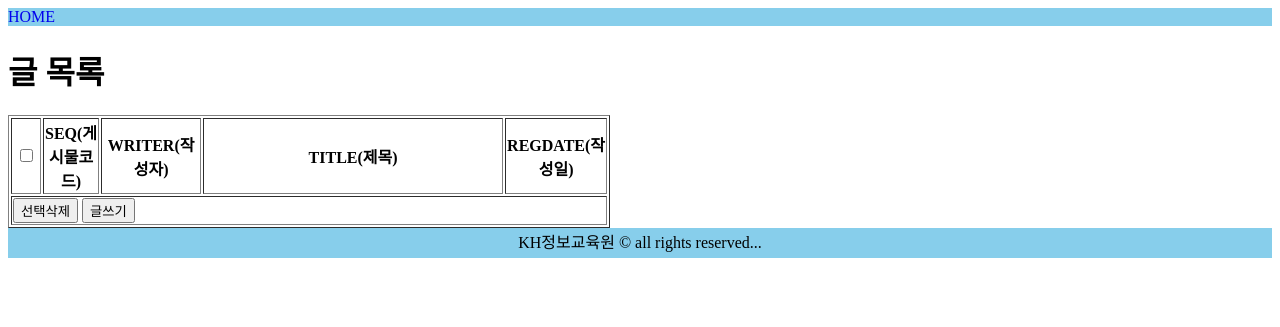
Repository: ChoHyeonJunn/Workspace_WEB
Page: http://localhost/jsp09_mvc/boardlist.jsp
An editor plug-in stored every save of this project. The page is shown before and after the next save, followed by the edit.
The browser window is 1280 px wide. The pictures show the whole page.
The page is served by Tomcat 9.

Above is the page before, as saved 2020-01-16 11:17:40.

After the next save:
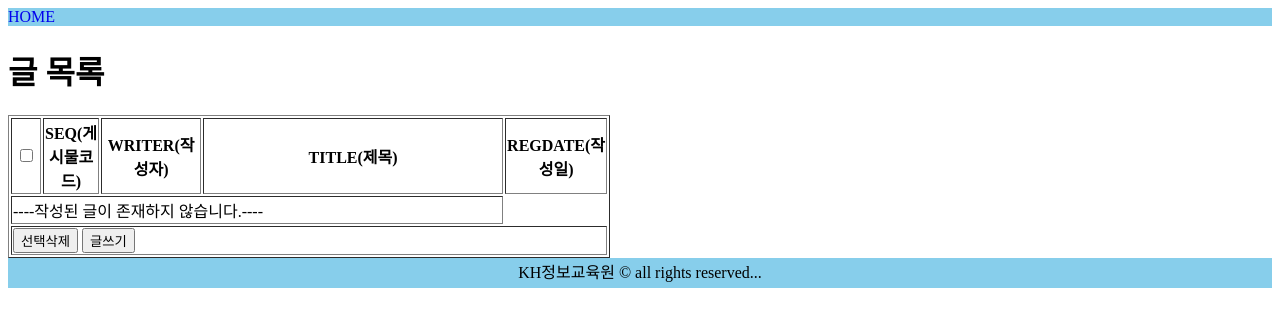
Saved 3 min 19 s later.
--- a/jsp09_mvc/WebContent/boardlist.jsp
+++ b/jsp09_mvc/WebContent/boardlist.jsp
@@ -56,15 +56,29 @@
 				<th>REGDATE(작성일)</th>
 			</tr>
 
-			<c:forEach var="list" items="${list}">
-				<tr>
-				<td><input type="checkbox" name="chk" value="${list.SEQ}"></td>
-				<td>${list.SEQ}</td>
-				<td>${list.WRITER}</td>
-				<td><a href="mvc.do?command=detail&SEQ=${list.SEQ}">${list.TITLE}</a></td>
-				<td>${list.REGDATE}</td>
-			</tr>
-			</c:forEach>
+			<c:choose>
+				<c:when test="${empty list }">
+					<tr>
+						<td colspan="4">----작성된 글이 존재하지 않습니다.----</td>
+					</tr>
+				</c:when>
+				<c:otherwise>
+					<c:forEach var="list" items="${list}">
+						<tr>
+						<td><input type="checkbox" name="chk" value="${list.SEQ}"></td>
+						<td>${list.SEQ}</td>
+						<td>${list.WRITER}</td>
+						<td><a href="mvc.do?command=detail&SEQ=${list.SEQ}">${list.TITLE}</a></td>
+						<td>${list.REGDATE}</td>
+					</tr>
+					</c:forEach>
+
+
+
+				</c:otherwise>
+			</c:choose>
+
+
 
 			<tr>
 				<td colspan="5">
